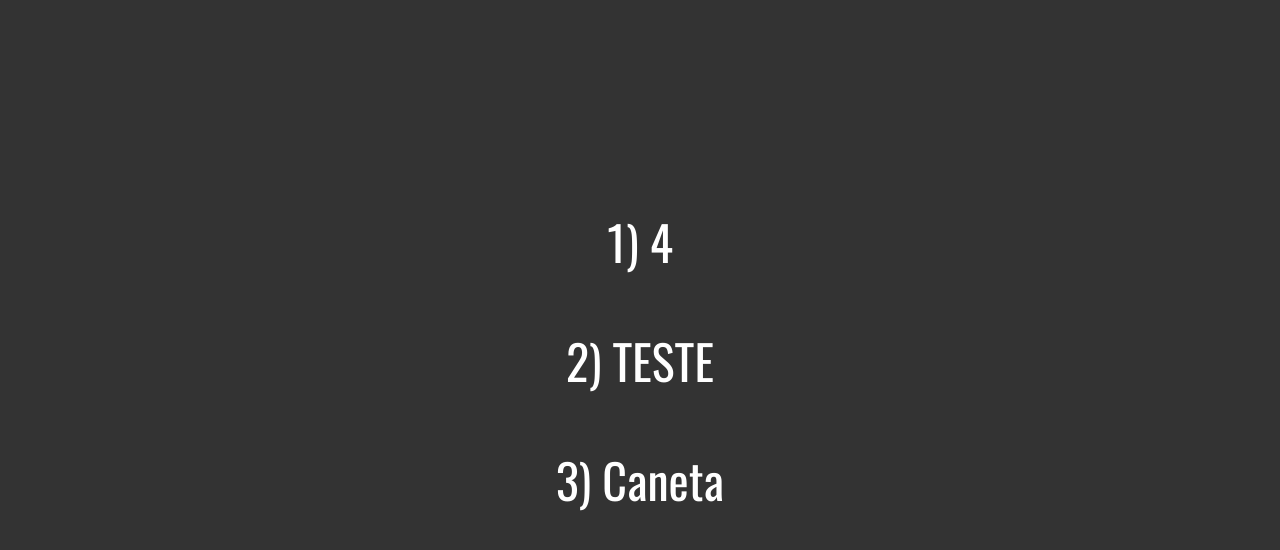
Repository: WillianPer/VUE
Page: exercicios/basico.html
These files come from the project's save history. The page is drawn as it stood at one moment and after the next save; the edit follows.
The browser window is 1280 px wide. The pictures show the whole page.

Above is the page before, as saved 2022-08-11 20:36:45.

After the next save:
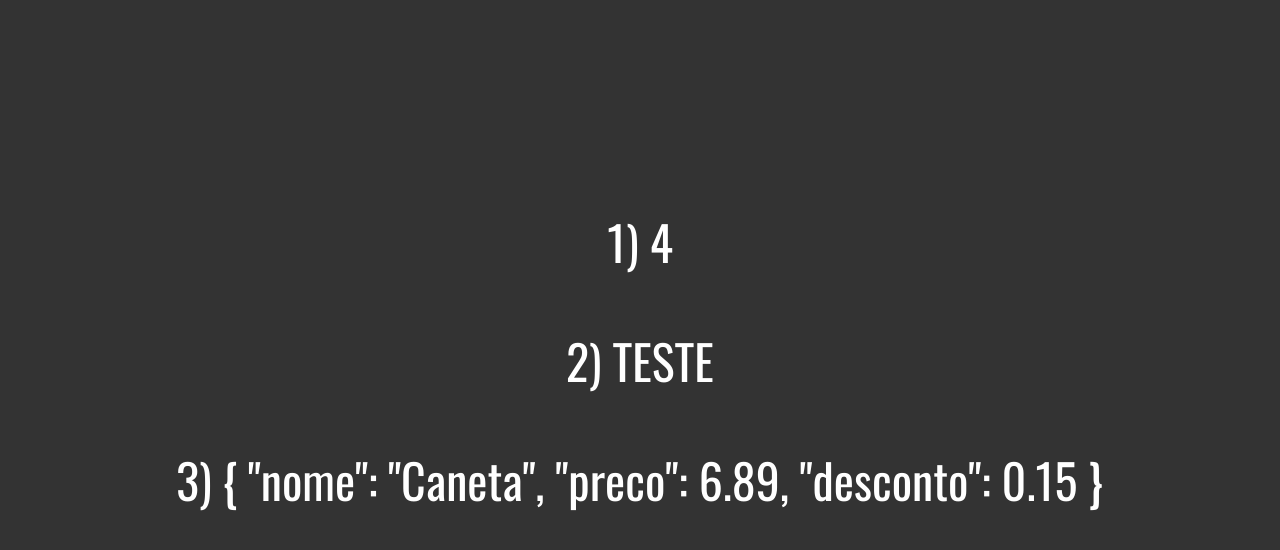
Saved 50 s later.
--- a/exercicios/basico.html
+++ b/exercicios/basico.html
@@ -11,7 +11,7 @@
     <div id="app">
         <p>1) {{2 + 2}}</p>
         <p>2) {{ 'Teste'.toUpperCase() }}</p>
-        <p>3) {{nome, preco, desconto}}</p>
+        <p>3) {{ {nome, preco, desconto} }}</p>
     </div>
 
     <script>
